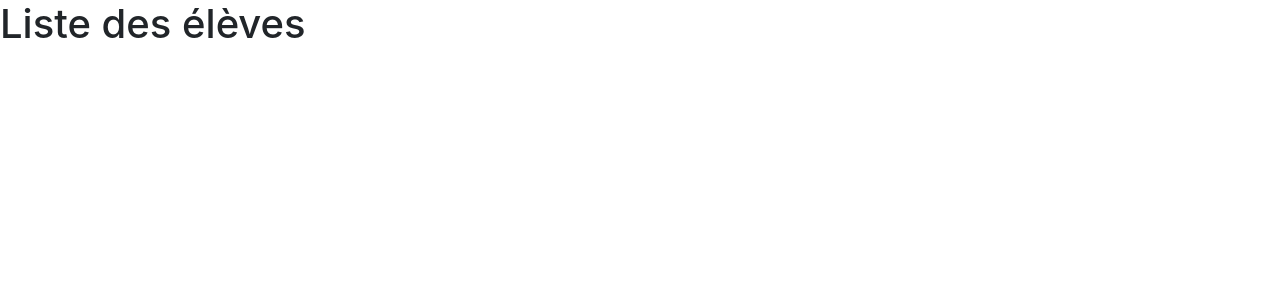
Repository: james19999/gestion
Page: http://localhost/contact
An editor plug-in stored every save of this project. The page is shown before and after the next save, followed by the edit.
The browser window is 1280 px wide. The pictures show the whole page.
The page is served by the project's Laravel application, run on PHP 8.4 with Laravel 8. Other server files are loaded and not shown. Queries for data that is not in the repository find no rows.

Above is the page before, as saved 2021-11-11 17:25:06.

### routes/web.php
<?php

use App\Http\Controllers\ContactController;
use Illuminate\Support\Facades\Route;

/*
|--------------------------------------------------------------------------
| Web Routes
|--------------------------------------------------------------------------
|
| Here is where you can register web routes for your application. These
| routes are loaded by the RouteServiceProvider within a group which
| contains the "web" middleware group. Now create something great!
|
*/

Route::get('/', function () {
    return view('welcome');
});
Route::view('/about','page.about')->name('about');
Route::view('/services','page.services')->name('services');
Route::view('/price','page.price')->name('price');
Route::view('/projects','page.projects')->name('projects');
Route::view('/pages','page.pages')->name('pages');

// Route::view('/contact','page.contact')->name('contact');
Route::get('/contact',[ContactController::class,'create'])->name('contact');


// Route::get('/toto', function () {
//     return 'Hello World';
// });
// Route::get('/produits', function () {
//      return view('produit/al');
// });
// Route::get('/PTT', function () {
//     return view('produit/ab');

// });

// Route::view('/PTT','produit.ab');

// Route::view('/contact','AN.contact')->name('contact');
// Route::view('/a_propos','AN.a_propos')->name('a_propos');

### app/Http/Controllers/ContactController.php
<?php

namespace App\Http\Controllers;

use App\Models\Eleve;
use Illuminate\Http\Request;

class ContactController extends Controller
{
    // public function create(){


    //      return view('contact.create');
    // }
    public function create(){
        $Eleves=Eleve::all();

         return view('contact.create',compact('Eleves'));
    }
}

### app/Models/Eleve.php
<?php

namespace App\Models;

use Illuminate\Database\Eloquent\Factories\HasFactory;
use Illuminate\Database\Eloquent\Model;

class Eleve extends Model
{
    use HasFactory;
}

### resources/views/contact/create.blade.php
<html lang="en">
<head>
    <meta charset="UTF-8">
    <meta name="viewport" content="width=device-width, initial-scale=1.0">
    <meta http-equiv="X-UA-Compatible" content="ie=edge">
    <link rel="stylesheet" href="https://maxcdn.bootstrapcdn.com/bootstrap/4.0.0/css/bootstrap.min.css" integrity="sha384-Gn5384xqQ1aoWXA+058RXPxPg6fy4IWvTNh0E263XmFcJlSAwiGgFAW/dAiS6JXm" crossorigin="anonymous">
    <title>Document</title>
</head>
<body>
      <h1>Liste des élèves</h1>

   @foreach ($Eleves as $Eleve )
   <table class="table table-dark">
    <thead>
      <tr>
        <th scope="col">#</th>
        <th scope="col">Nom</th>
        <th scope="col">Prénom</th>
        <th scope="col">Sexe</th>
        <th scope="col">Age</th>
        <th scope="col">Date</th>
      </tr>
    </thead>
    <tbody>
      <tr>
        <th scope="row">1</th>
        <td>Mark</td>
        <td>Otto</td>
        <td>@mdo</td>
      </tr>

    </tbody>
  </table>
   @endforeach
</body>
</html>

Loaded but not shown: app/Http/Controllers/Controller.php (common file)

After the next save:
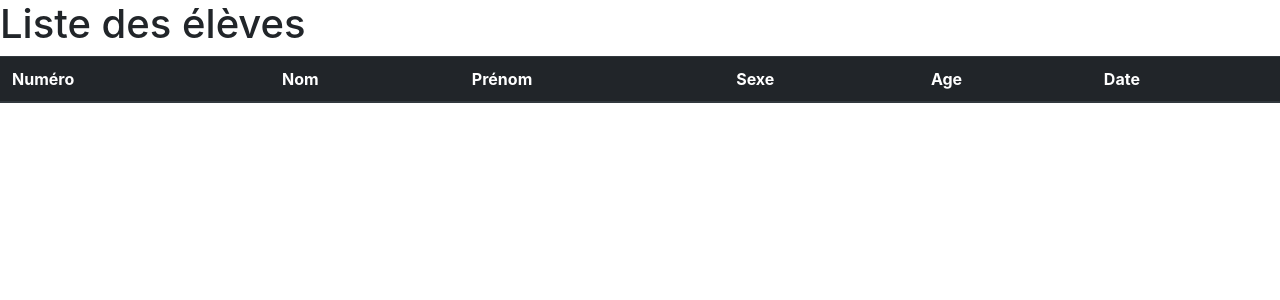
Saved 118 s later.
--- a/resources/views/contact/create.blade.php
+++ b/resources/views/contact/create.blade.php
@@ -9,11 +9,10 @@
 <body>
       <h1>Liste des élèves</h1>
 
-   @foreach ($Eleves as $Eleve )
-   <table class="table table-dark">
-    <thead>
+      <table class="table table-dark">
+          <thead>
       <tr>
-        <th scope="col">#</th>
+          <th scope="col">Numéro</th>
         <th scope="col">Nom</th>
         <th scope="col">Prénom</th>
         <th scope="col">Sexe</th>
@@ -22,15 +21,19 @@
       </tr>
     </thead>
     <tbody>
+        @foreach ($Eleves as $Eleve )
       <tr>
-        <th scope="row">1</th>
-        <td>Mark</td>
-        <td>Otto</td>
-        <td>@mdo</td>
+        <th scope="row">{{  $Eleve->id }}</th>
+        <td>{{ $Eleve->nom }}</td>
+        <td>{{ $Eleve->prenom }}</td>
+        <td>{{ $Eleve->sexe }}</td>
+        <td>{{ $Eleve->age }}</td>
+        <td>{{ $Eleve->date_naissance }}</td>
+
       </tr>
+      @endforeach
 
     </tbody>
   </table>
-   @endforeach
 </body>
 </html>
